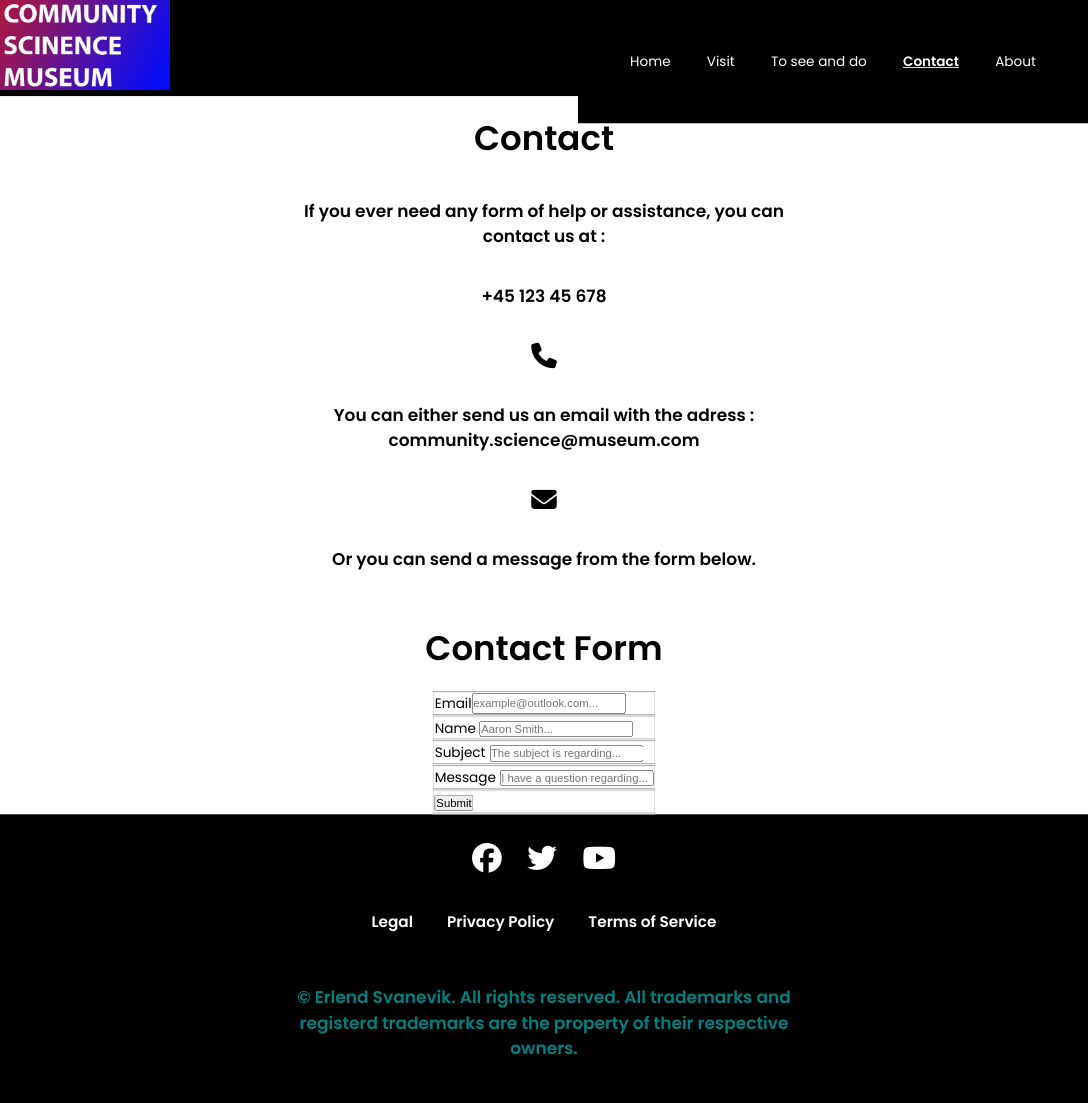
Repository: EpleWasTaken/Semester-Project
Page: contact.html
The author's editor kept a copy of each file at every save. The page is drawn from the files as they stood at one save, then again after the next save.
The browser window is 1280 px wide. The pictures show the whole page, at 85% of full size.
Some web libraries are served in a nearby version.

Above is the page before, as saved 2020-12-11 22:06:51.

After the next save:
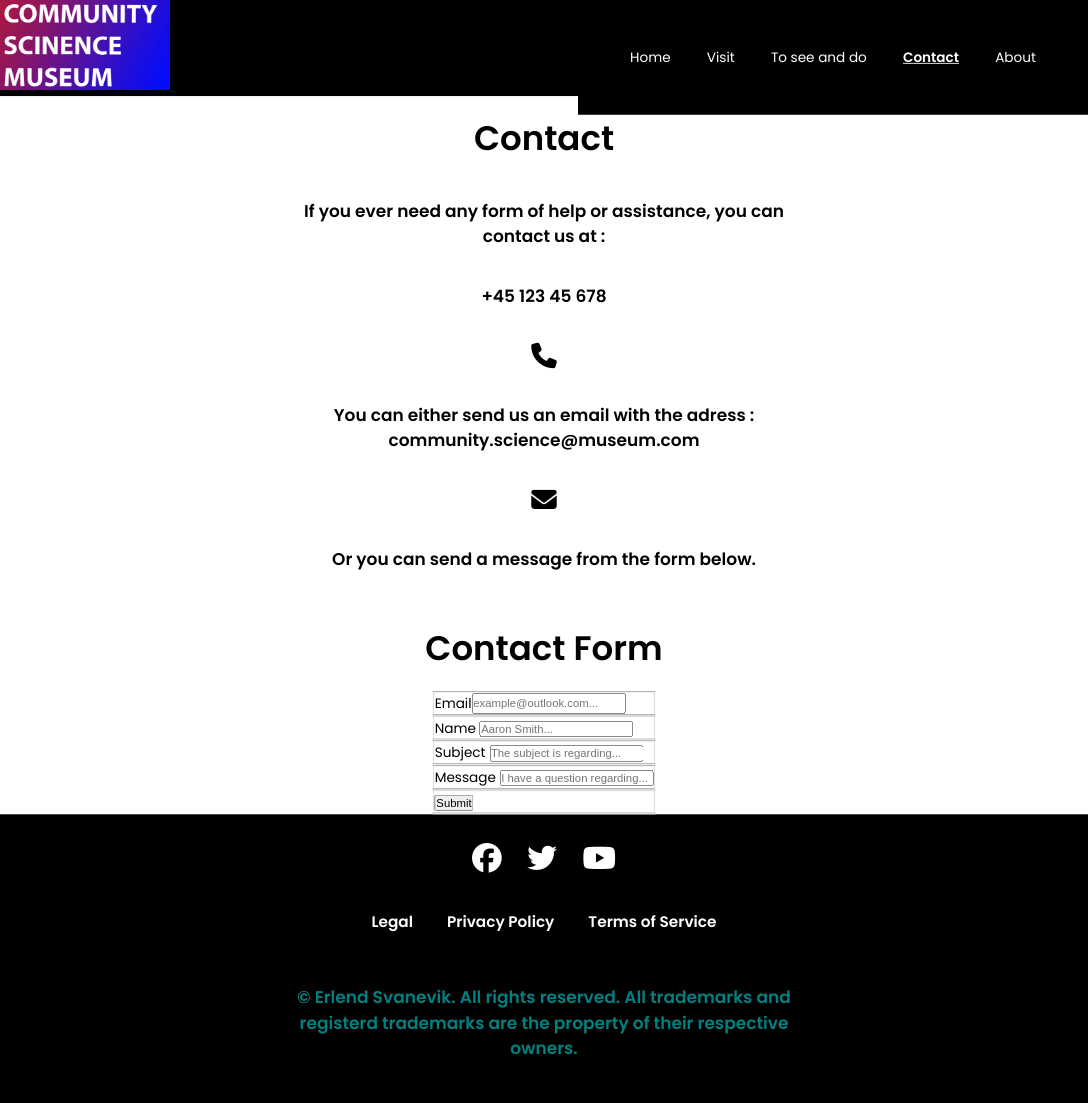
Saved 18 s later.
--- a/css/hamburger.css
+++ b/css/hamburger.css
@@ -24,7 +24,7 @@ nav a {
 	display: block;
 	justify-content: center;
 	align-items: center;
-	margin: 20px;
+	margin: 15px;
 }
 
 .nav {
@@ -34,7 +34,7 @@ nav a {
 	top: 5;
 	height: 100%;
 	width: 100%;
-	background-color: black;
+	background-color: blue;
 	text-align: center;
 	padding: 40px;
 }
